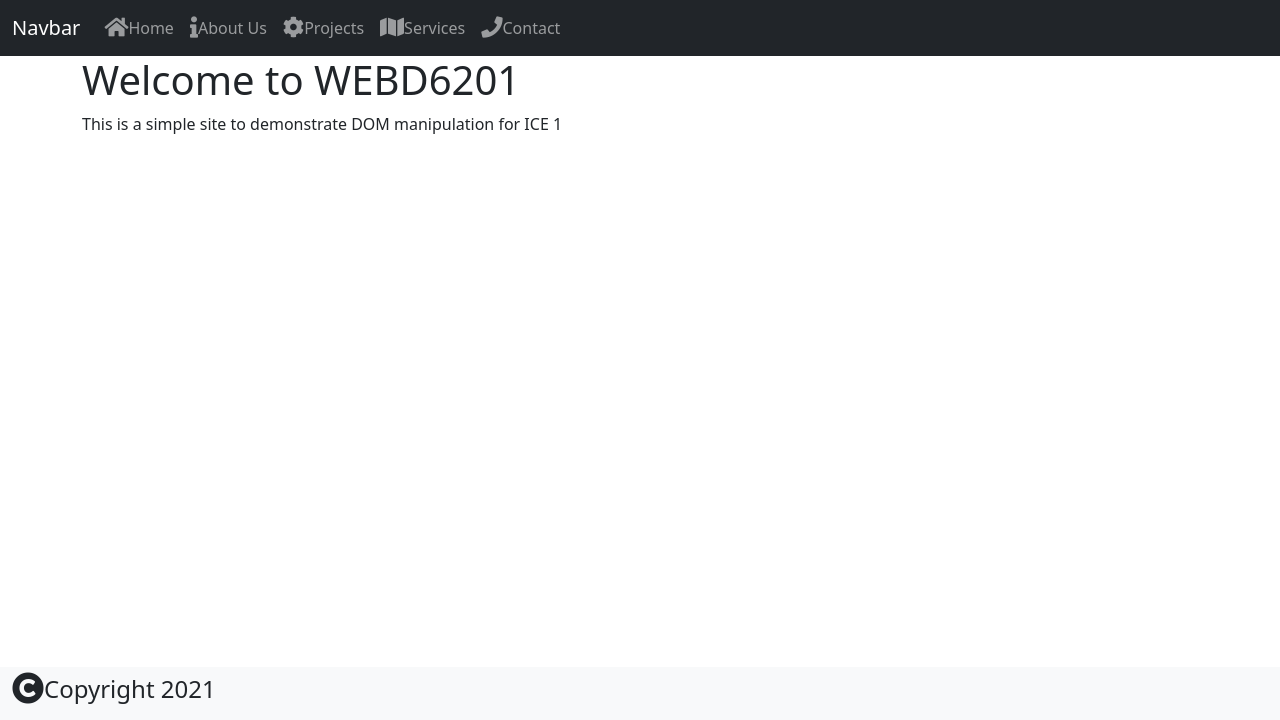
Repository: deividwsantoss/webd6201-W2021-ICE1
Page: Index.html
The author's editor kept a copy of each file at every save. The page is drawn from the files as they stood at one save, then again after the next save.
The browser window is 1280 px wide. The pictures show the whole page.

Above is the page before, as saved 2021-02-02 10:43:52.

After the next save:
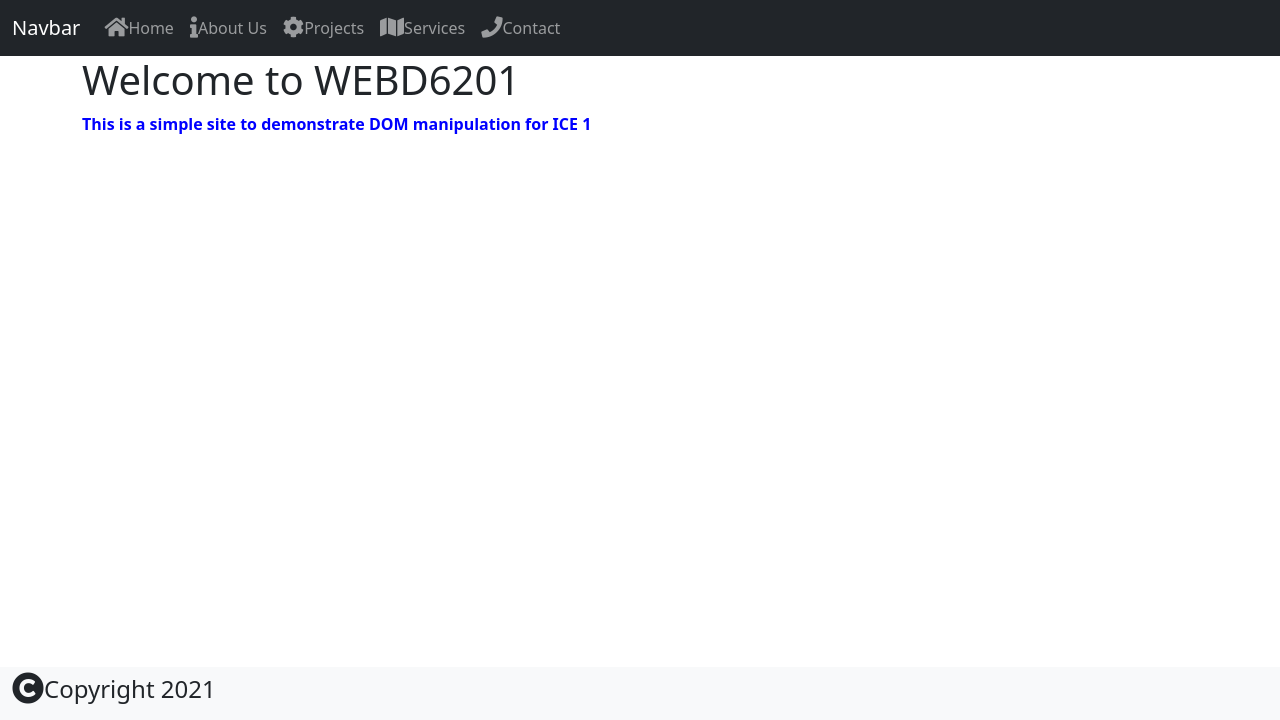
Saved 2 min 49 s later.
--- a/Scripts/app.js
+++ b/Scripts/app.js
@@ -22,6 +22,7 @@
         //let paragraphOneQuerys = document.querySelectorAll("p")[0];
 
         paragraphOneElement.textContent = paragraphOneText;
+        paragraphOneElement.style = "color: blue; font-weight: bold"
 
 
     }
